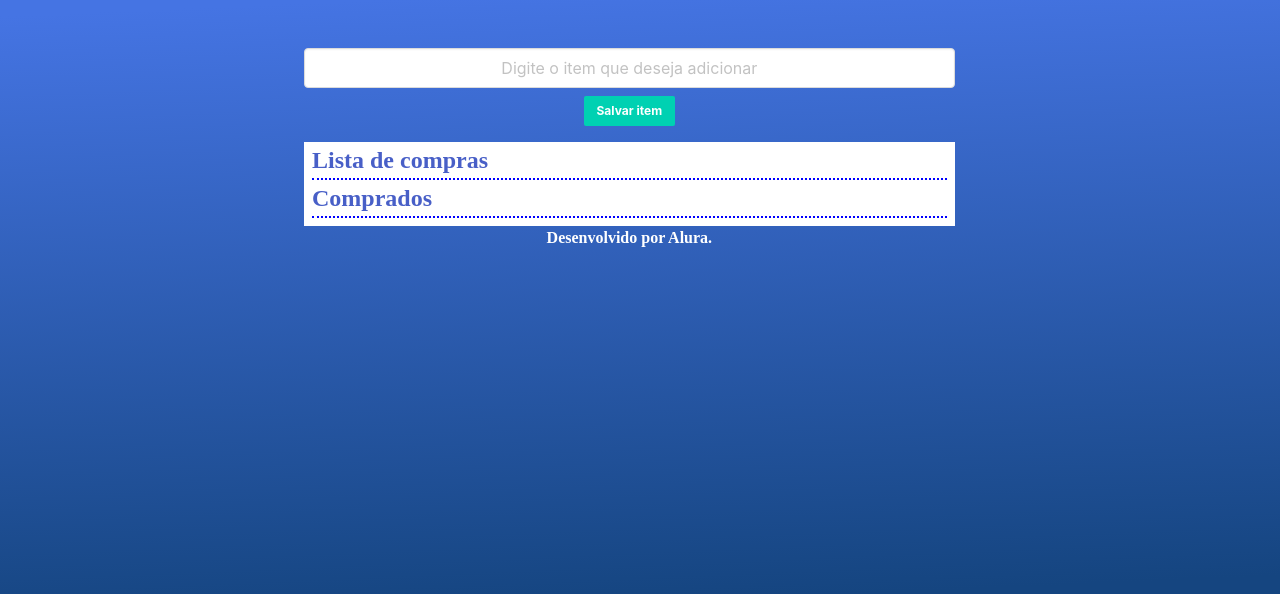
Repository: joaoPraiaJunior/js-manipulando-objetos
Page: index.html
The author's editor kept a copy of each file at every save. The page is drawn from the files as they stood at one save, then again after the next save.
The browser window is 1280 px wide. The pictures show the whole page.
Empty fields were first filled with sample values (such as "Sample", 5 or name@example.com).
After loading, the first visible `#form-itens` was submitted once.
Some web fonts or font styles are not loaded; a fallback is used.

Above is the page before, as saved 2024-09-03 21:54:09.

### index.html
<!DOCTYPE html>
<html lang="pt-BR" dir="ltr">

<head>
    <meta charset="UTF-8">
    <meta http-equiv="X-UA-Compatible" content="IE=edge">
    <meta name="viewport" content="width=device-width, initial-scale=1.0">
    <title>Lista de compras</title>
    <link rel="stylesheet" href="https://cdn.jsdelivr.net/npm/bulma@0.9.4/css/bulma.min.css">
    <link rel="preconnect" href="https://fonts.googleapis.com">
    <link rel="preconnect" href="https://fonts.gstatic.com" crossorigin>
    <link href="https://fonts.googleapis.com/css2?family=Mansalva&family=Montserrat:ital,wght@0,300;1,200&display=swap"
        rel="stylesheet">
    <link rel="stylesheet" href="assets/style.css">
    <link rel="stylesheet" href="https://cdnjs.cloudflare.com/ajax/libs/font-awesome/6.2.0/css/all.min.css">
</head>

<body class="has-text-grey hero">

    <main class="column is-7 hero-body is-offset-one-fifth is-unselectable">

        <form id="form-itens" class="has-text-centered" data-js="formulario">
            <input type="text" name="item" class="input has-text-centered" required placeholder="Digite o item que deseja adicionar" id="receber-item">
            <button for="salvar" type="submit" class="mt-2 has-text-weight-bold button is-small is-primary" data-js="botao-salvar-item">Salvar item</button>
        </form>

        <div class="has-background-white mt-4">
            <div>
                <h2 class="has-text-link has-text-weight-bold is-size-4 ml-2">Lista de compras</h1>
                    <ul class="mx-2 borda-lista" id="lista-de-itens">
                    </ul>
            </div>

            <section class="pb-2">
                <h2 class="has-text-link has-text-weight-bold is-size-4 ml-2">Comprados</h1>
                    <ul class="mx-2 borda-lista" id="itens-comprados">
                    </ul>
            </section>

        </div>
        <footer class="has-text-centered has-text-white has-text-weight-bold">Desenvolvido por Alura.</footer>
    </main>

    <script src="./main.js"></script>
</body>

</html>

### main.js

const elementos = {
    formulario: '[data-js="formulario"]',
}

const formulario = document.querySelector(elementos.formulario);
let listaDeItens = [];

function salvarDadosDoFormulario(evento) {

    evento.preventDefault();

    const itemDeCompra = formulario.item.value;
    verificaSeItemJaExiste(itemDeCompra);

    const dados = {
        item: itemDeCompra,
    }

    listaDeItens.push(dados);

    formulario.item.value = '';
}

function verificaSeItemJaExiste(itemDeCompra) {

    const itemJaExiste = listaDeItens.some(item => item.item.toLowerCase() === itemDeCompra.toLowerCase());

    if (itemJaExiste) {
        alert('Este item já foi adicionado na lista');
        return;
    }
}

formulario.addEventListener('submit', salvarDadosDoFormulario);

Loaded but not shown: assets/style.css (common file)

After the next save:
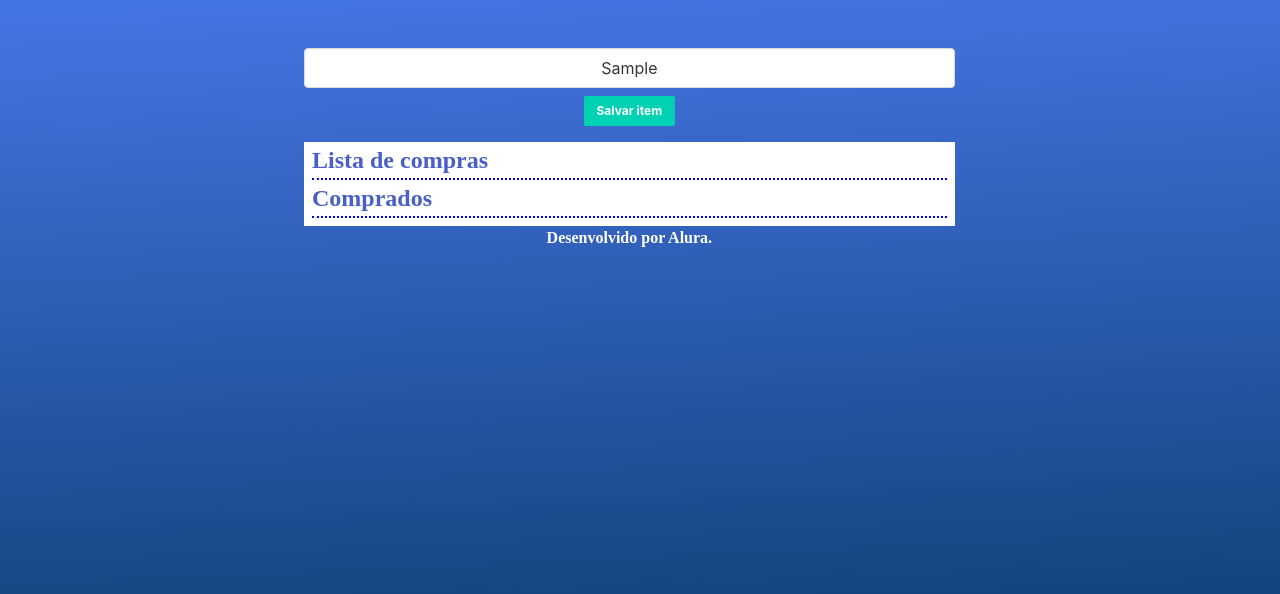
Saved 12 s later.
--- a/main.js
+++ b/main.js
@@ -19,7 +19,9 @@
 
     listaDeItens.push(dados);
 
-    formulario.item.value = '';
+    // formulario.item.value = '';
+
+    console.log(listaDeItens);
 }
 
 function verificaSeItemJaExiste(itemDeCompra) {

After the 4 saves that followed:
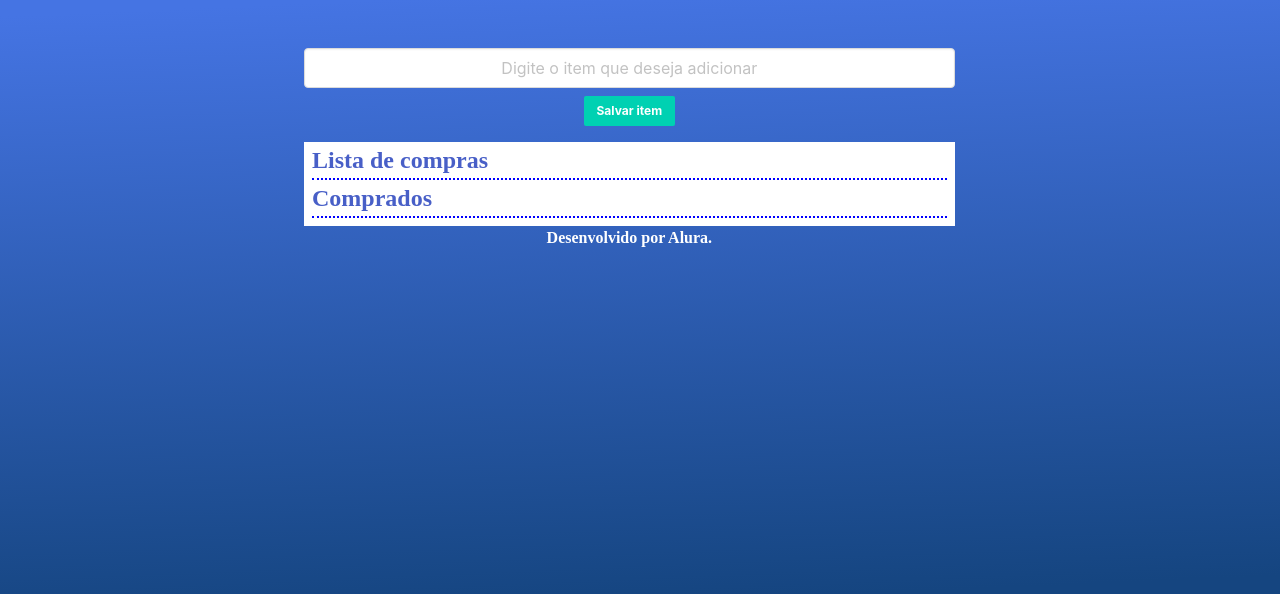
The 4 saves are shown as one change because 3 left the picture as it was.
The last was saved 2 min 50 s later.
--- a/main.js
+++ b/main.js
@@ -11,7 +11,11 @@
     evento.preventDefault();
 
     const itemDeCompra = formulario.item.value;
-    verificaSeItemJaExiste(itemDeCompra);
+
+    if(verificaSeItemJaExiste(itemDeCompra)) {
+        alert('Item já existe na lista');
+        return;
+    }
 
     const dados = {
         item: itemDeCompra,
@@ -19,7 +23,7 @@
 
     listaDeItens.push(dados);
 
-    // formulario.item.value = '';
+    formulario.item.value = '';
 
     console.log(listaDeItens);
 }
@@ -28,10 +32,7 @@
 
     const itemJaExiste = listaDeItens.some(item => item.item.toLowerCase() === itemDeCompra.toLowerCase());
 
-    if (itemJaExiste) {
-        alert('Este item já foi adicionado na lista');
-        return;
-    }
+    return itemJaExiste;
 }
 
 formulario.addEventListener('submit', salvarDadosDoFormulario);
